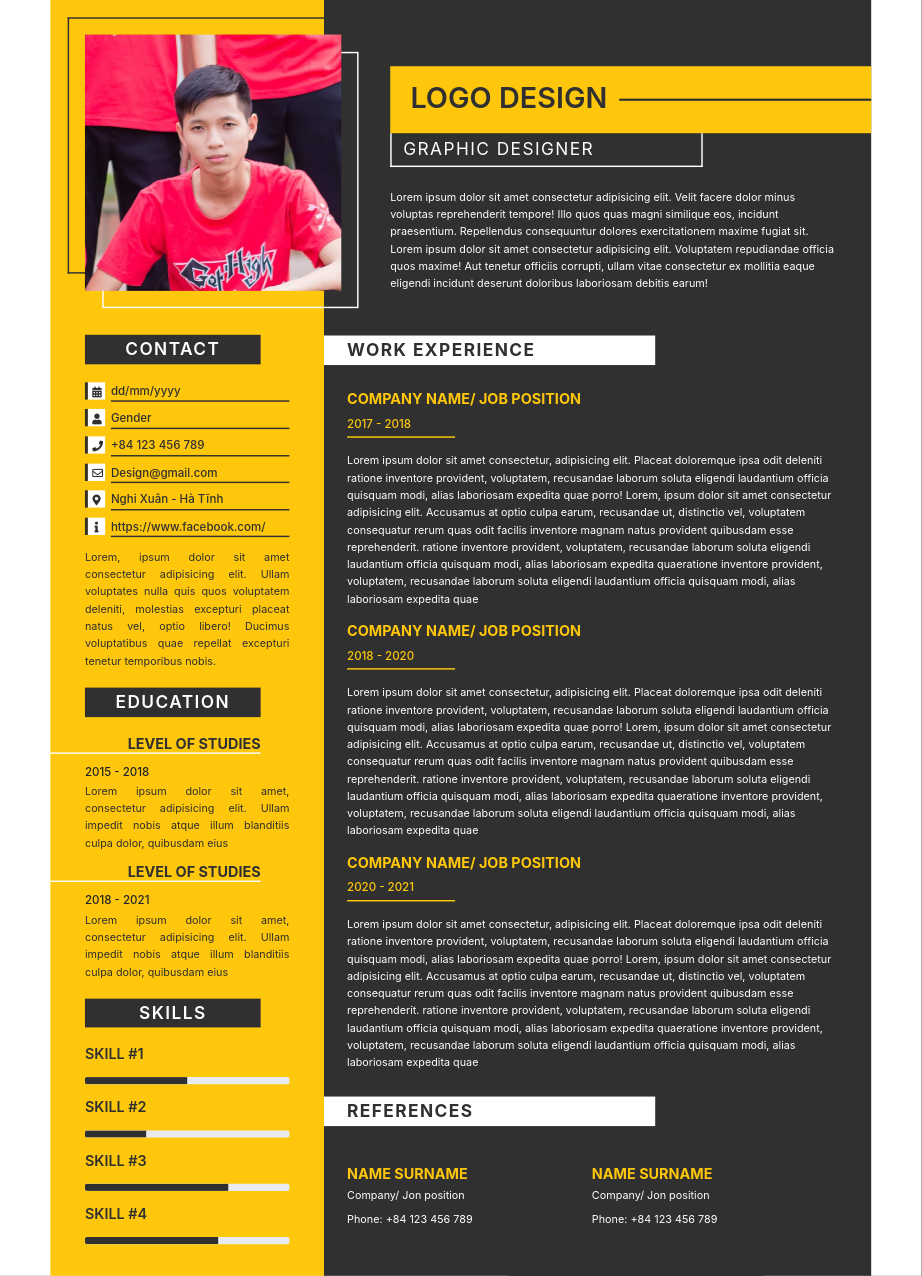
Repository: khoitadev/myCV
Page: index.html
The author's editor kept a copy of each file at every save. The page is drawn from the files as they stood at one save, then again after the next save.
The browser window is 1280 px wide. The pictures show the whole page, at 72% of full size.
Some web libraries are served in a nearby version.

Above is the page before, as saved 2022-02-11 22:21:08.

After the next save:
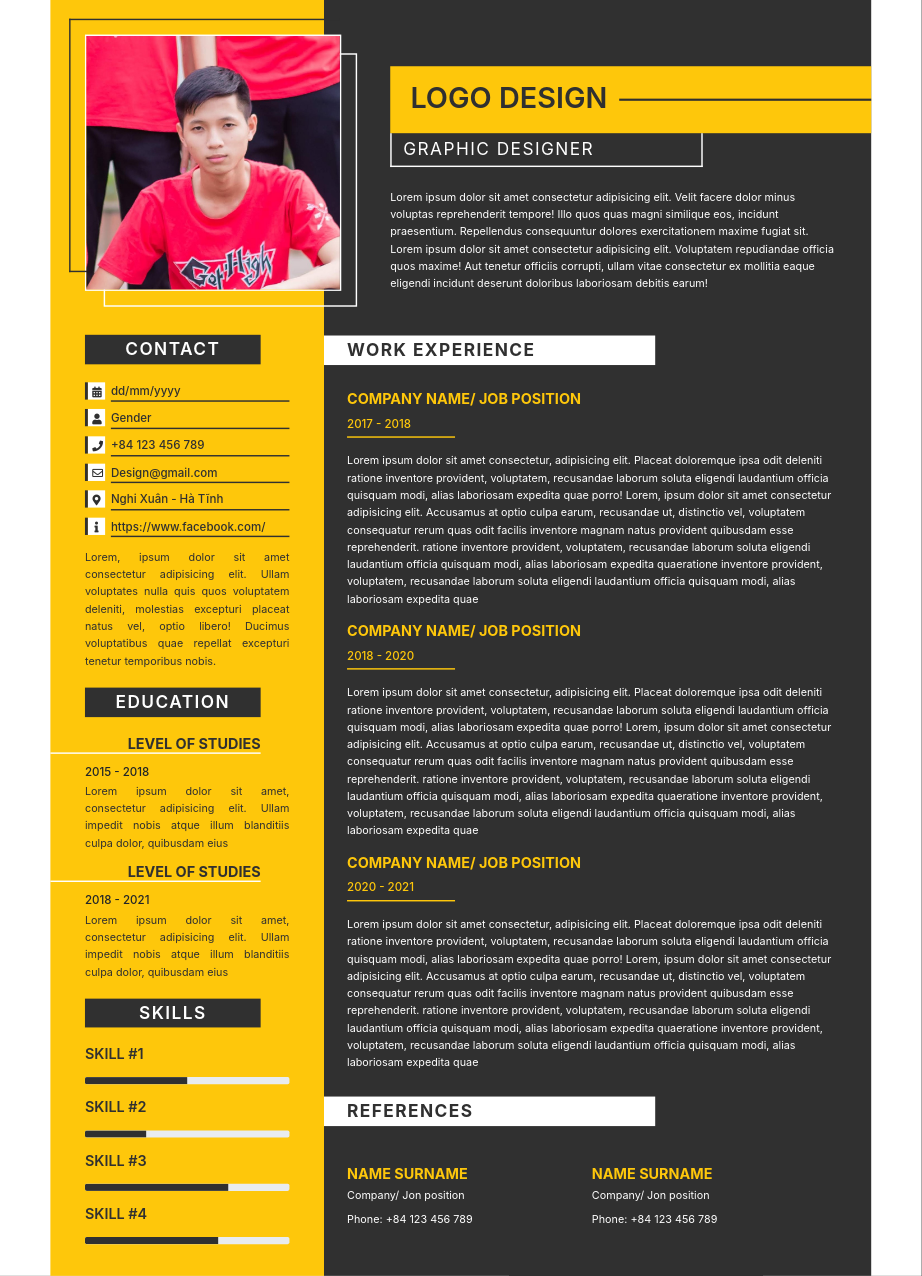
Saved 63 s later.
--- a/assets/css/style.css
+++ b/assets/css/style.css
@@ -65,6 +65,7 @@ i::after {
   z-index: 1;
   text-align: right;
   margin-right: -2.4rem;
+  border: 2px white solid;
 }
 .cv__img::before {
   content: "";
